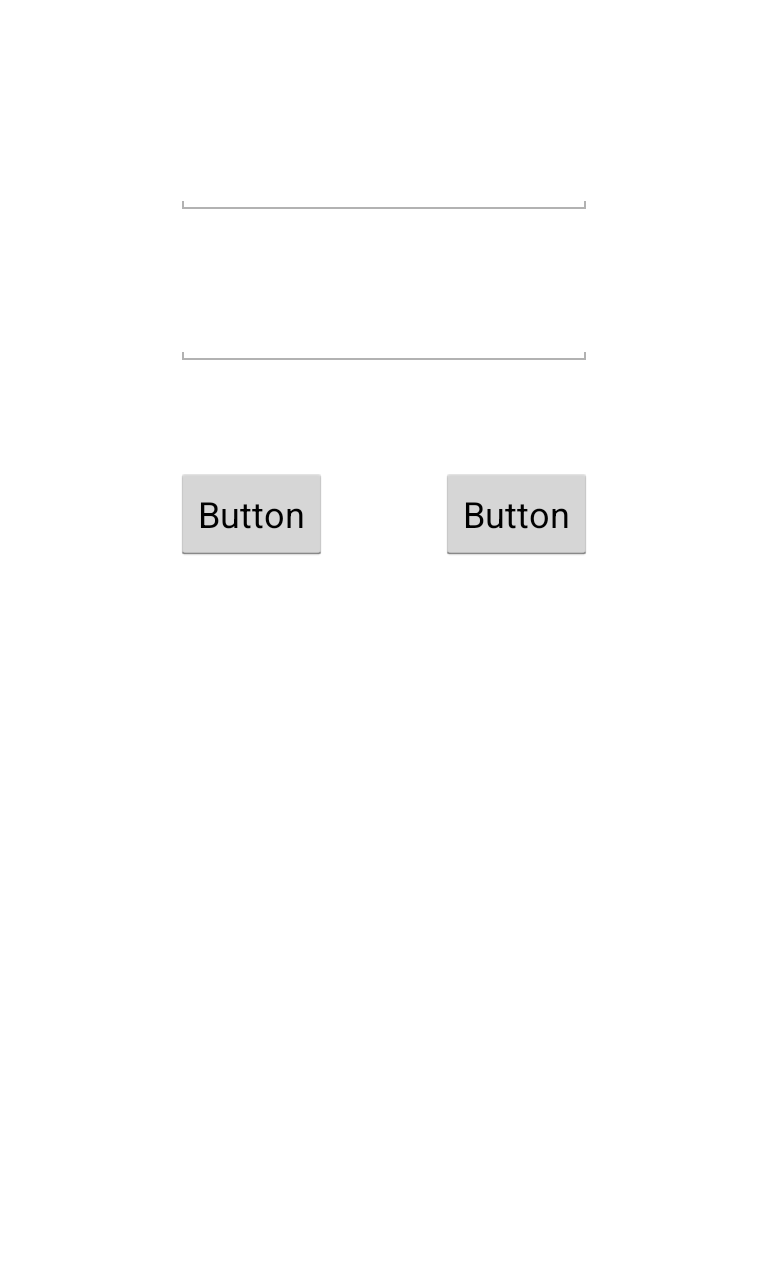
Repository: MadhuHS/JECM3
Layout: MyFirstApp/res/layout/activity_main.xml
The author's editor kept a copy of each file at every save. The layout is drawn from the files as they stood at one save, then again after the next save.
It is drawn on a 768 x 1280 px phone screen (xhdpi) without system bars, with theme AppTheme; the app's code is not run.

Above is the layout before, as saved 2015-11-06 02:45:08.

### MyFirstApp/res/layout/activity_main.xml
<RelativeLayout xmlns:android="http://schemas.android.com/apk/res/android"
    xmlns:tools="http://schemas.android.com/tools"
    android:layout_width="match_parent"
    android:layout_height="match_parent"
    android:paddingBottom="@dimen/activity_vertical_margin"
    android:paddingLeft="@dimen/activity_horizontal_margin"
    android:paddingRight="@dimen/activity_horizontal_margin"
    android:paddingTop="@dimen/activity_vertical_margin"
    tools:context=".MainActivity" >

    <EditText
        android:id="@+id/editTextusername"
        android:layout_width="wrap_content"
        android:layout_height="wrap_content"
        android:layout_alignParentTop="true"
        android:layout_centerHorizontal="true"
        android:layout_marginTop="53dp"
        android:ems="10" />

    <EditText
        android:id="@+id/editTextpassword"
        android:layout_width="wrap_content"
        android:layout_height="wrap_content"
        android:layout_alignLeft="@+id/editTextusername"
        android:layout_below="@+id/editTextusername"
        android:layout_marginTop="36dp"
        android:ems="10" />

    <Button
        android:id="@+id/buttonlogin"
        android:layout_width="wrap_content"
        android:layout_height="wrap_content"
        android:layout_alignLeft="@+id/editTextpassword"
        android:layout_below="@+id/editTextpassword"
        android:layout_marginTop="49dp"
        android:text="Button" />

    <Button
        android:id="@+id/buttoncancel"
        android:layout_width="wrap_content"
        android:layout_height="wrap_content"
        android:layout_alignBottom="@+id/buttonlogin"
        android:layout_alignRight="@+id/editTextpassword"
        android:text="Button" />

</RelativeLayout>

Loaded but not shown: MyFirstApp/res/values/styles.xml (common file); MyFirstApp/res/values-v11/styles.xml (common file); MyFirstApp/res/values-v14/styles.xml (common file); MyFirstApp/res/values/dimens.xml (common file)

After the next save:
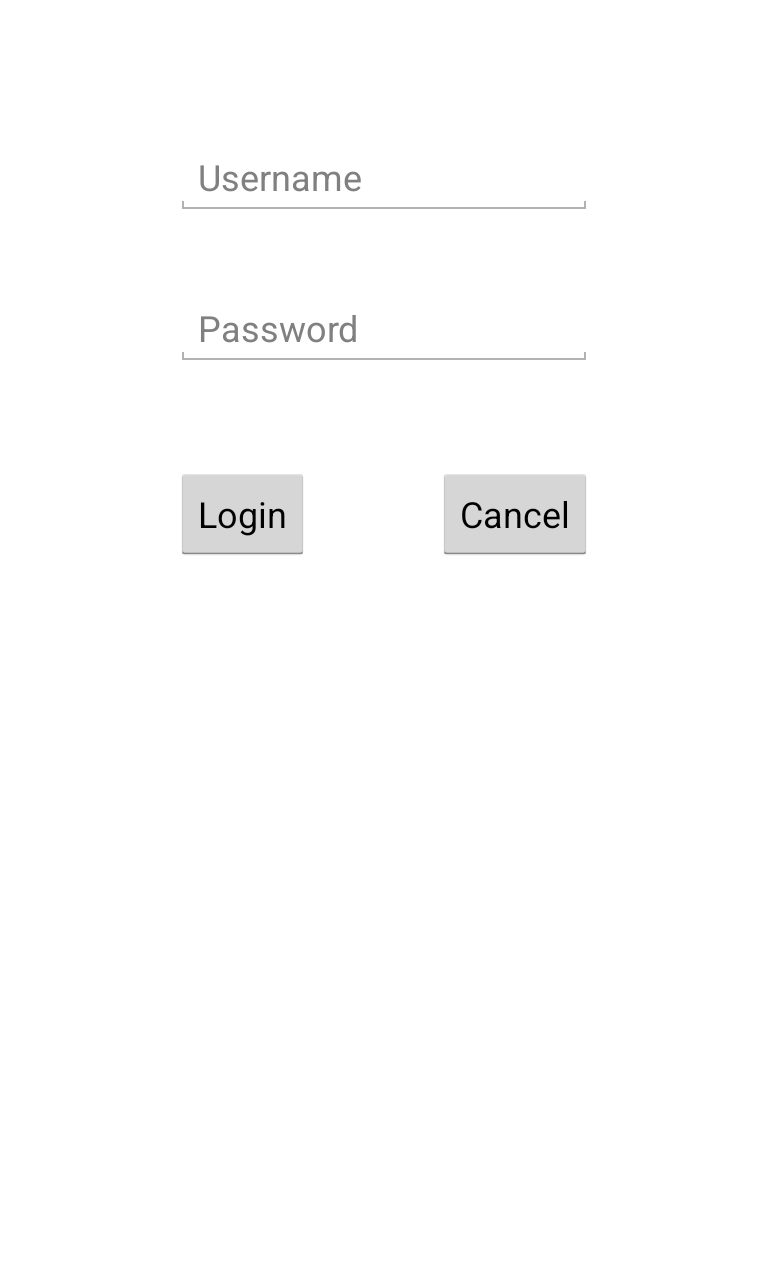
Saved 96 s later.
--- a/MyFirstApp/res/layout/activity_main.xml
+++ b/MyFirstApp/res/layout/activity_main.xml
@@ -15,7 +15,8 @@
         android:layout_alignParentTop="true"
         android:layout_centerHorizontal="true"
         android:layout_marginTop="53dp"
-        android:ems="10" />
+        android:ems="10"
+        android:hint="Username" />
 
     <EditText
         android:id="@+id/editTextpassword"
@@ -24,7 +25,8 @@
         android:layout_alignLeft="@+id/editTextusername"
         android:layout_below="@+id/editTextusername"
         android:layout_marginTop="36dp"
-        android:ems="10" />
+        android:ems="10"
+        android:hint="Password" />
 
     <Button
         android:id="@+id/buttonlogin"
@@ -33,7 +35,7 @@
         android:layout_alignLeft="@+id/editTextpassword"
         android:layout_below="@+id/editTextpassword"
         android:layout_marginTop="49dp"
-        android:text="Button" />
+        android:text="Login" />
 
     <Button
         android:id="@+id/buttoncancel"
@@ -41,6 +43,6 @@
         android:layout_height="wrap_content"
         android:layout_alignBottom="@+id/buttonlogin"
         android:layout_alignRight="@+id/editTextpassword"
-        android:text="Button" />
+        android:text="Cancel" />
 
 </RelativeLayout>
